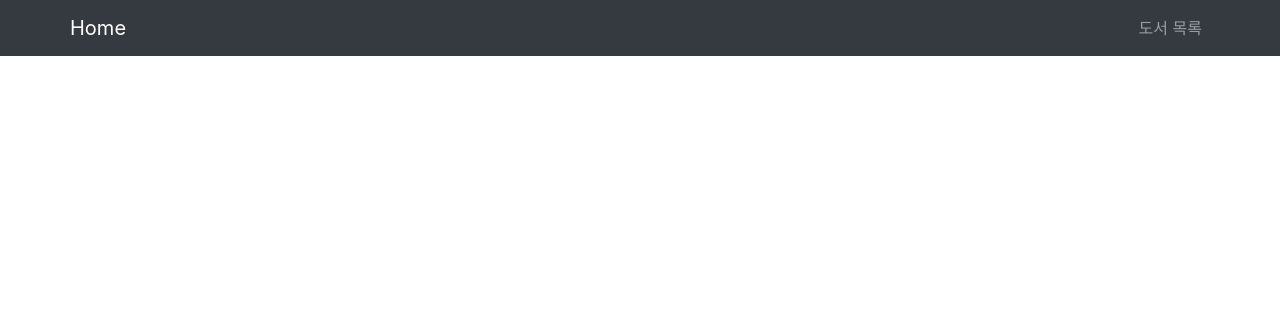
Repository: lhj257/jspwrokspace
Page: http://localhost/BookMarket/addBook.jsp
An editor plug-in stored every save of this project. The page is shown before and after the next save, followed by the edit.
The browser window is 1280 px wide. The pictures show the whole page.
The page is served by Tomcat 9.

Above is the page before, as saved 2023-08-30 01:24:15.

After the next save:
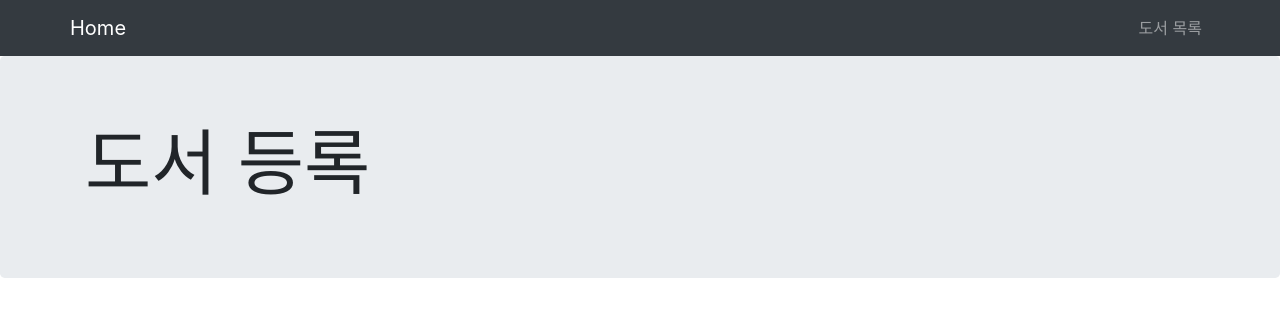
Saved 41 s later.
--- a/BookMarket/src/main/webapp/addBook.jsp
+++ b/BookMarket/src/main/webapp/addBook.jsp
@@ -11,6 +11,11 @@
 <title>도서 등록</title>
 </head>
 <body>
-<jsp:include page="menu.jsp"/>
+	<jsp:include page="menu.jsp"/>
+	<div class="jumbotron">
+		<div class="container">
+			<h1 class="display-3">도서 등록</h1>
+		</div>
+	</div>
 </body>
 </html>
